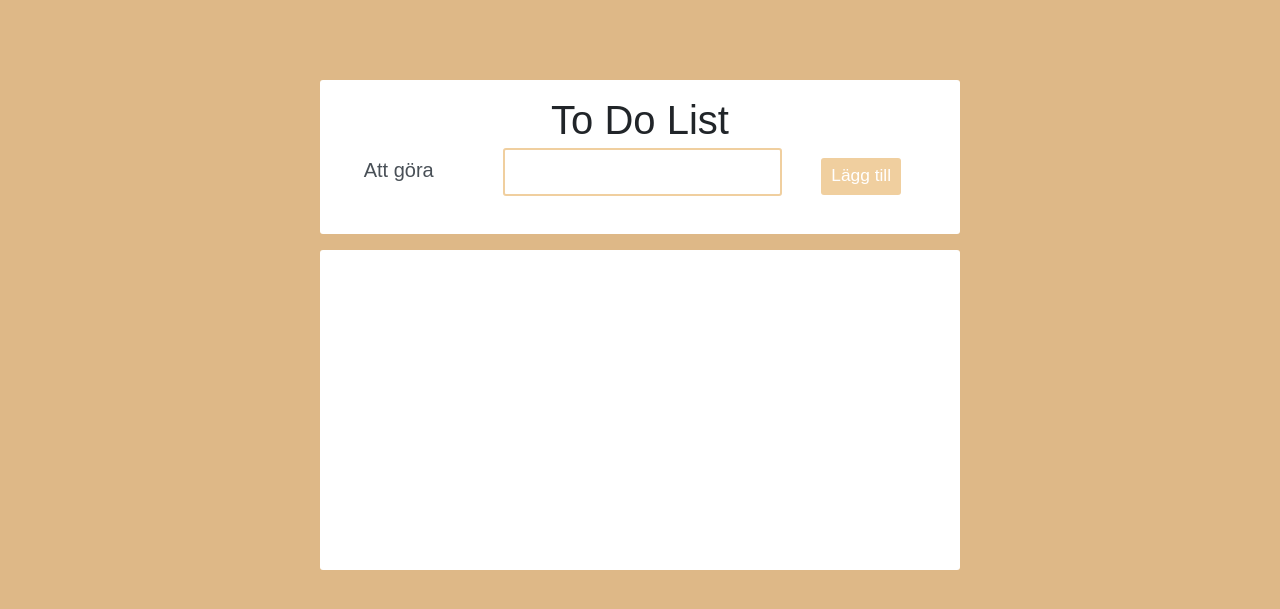
Repository: skepp4rn/todolist
Page: index.html
The author's editor kept a copy of each file at every save. The page is drawn from the files as they stood at one save, then again after the next save.
The browser window is 1280 px wide. The pictures show the whole page.
The page's requests for data from a server got no answer. Some web libraries are served in a nearby version.

Above is the page before, as saved 2021-01-29 09:25:18.

### index.html
<!DOCTYPE html>
<html lang="sv">
<head>
    <meta charset="UTF-8">
    <meta name="viewport" content="width=device-width, initial-scale=1.0">
    <script src="https://kit.fontawesome.com/ef4c0722a8.js" crossorigin="anonymous"></script>
    <link rel="stylesheet" href="https://cdn.jsdelivr.net/npm/bootstrap@4.5.3/dist/css/bootstrap.min.css" integrity="sha384-TX8t27EcRE3e/ihU7zmQxVncDAy5uIKz4rEkgIXeMed4M0jlfIDPvg6uqKI2xXr2" crossorigin="anonymous">
    <link rel="stylesheet" href="css/style.css">

    <title>To Do List</title>
</head>
<body>
    <div class="container">
        <div id="header">
            <h1>To Do List</h1>
        </div>

        <form class="form" id="form">
            <div class="form-control">
                <label>Att göra</label>
                <input type="text" id="addToDo">
                <i class="fas fa-exclamation-circle"></i>
                <small>Error message</small>
            </div>

            <button id="btn">Lägg till</button>
        </form>
    </div>

    <div class="container2">
        <div id="list"></div>
    </div>

    <script src="https://code.jquery.com/jquery-3.5.1.slim.min.js" integrity="sha384-DfXdz2htPH0lsSSs5nCTpuj/zy4C+OGpamoFVy38MVBnE+IbbVYUew+OrCXaRkfj" crossorigin="anonymous"></script>
    <script src="https://cdn.jsdelivr.net/npm/bootstrap@4.5.3/dist/js/bootstrap.bundle.min.js" integrity="sha384-ho+j7jyWK8fNQe+A12Hb8AhRq26LrZ/JpcUGGOn+Y7RsweNrtN/tE3MoK7ZeZDyx" crossorigin="anonymous"></script>
    <script src="https://cdnjs.cloudflare.com/ajax/libs/uuid/8.1.0/uuidv4.min.js"></script>
    <script src="script.js"></script>
</body>

### css/style.css
*{
    box-sizing: border-box;
    margin: 0;
    padding: 0;
}

body {
    background-color: burlywood;
    font-family: Arial, Helvetica, sans-serif;
    display: grid;
    justify-content: center;
}

.container {
    width: 50vw;
    display: grid;
    justify-content: center;
    background-color: #ffffff;
    border-radius: 3px;
    margin-top: 5rem;
    padding-bottom: 2   rem;
    height: 12vw;
}

.container2 {
    width: 100%;
    display: grid;
    justify-content: center;
    background-color: #ffffff;
    border-radius: 3px;
    margin-top: 1rem;
    padding-bottom: 5rem;
    height: 25vw;
    overflow-y: auto;
}

#header {
    margin-top: 1rem;
    text-align: center;
}

#btn {
    border: none;
    border-radius: 3px;
    padding: 0.2rem;
    background-color: #f0cf9f;
    color: #ffffff;
    font-size: 13pt;
    width: 5rem;
    height: 2.3rem;
    align-self: center;
    margin-bottom: 200px;

}

.todobox {
    padding-top: 2rem;
    padding-bottom: 1rem;
    width: 32vw;
    display: grid;
    grid-template-columns: 5fr 1fr;
}

.knappar {
    display: grid;
    gap: 1rem;
}

.todoinput {
    display: flex;
    align-items: center;
}

.fa-trash {
    padding: 0.5rem;
    border: none;
    border-radius: 3px;
    color: #ffffff;
    background-color: #f0cf9f;
    width: 5rem;
}

.fa-undo {
    padding: 0.5rem;
    border: none;
    border-radius: 3px;
    color: #ffffff;
    background-color: #f0cf9f;
    width: 5rem;
}

.done {
    border: none;
    border-radius: 3px;
    padding: 0.2rem;
    background-color: #f0cf9f;
    color: #ffffff;
    font-size: 14pt;
    width: 4rem;
    height: 2.2rem;
}

.form-control {
    border: none;
    position: relative;
    height: 2rem;
    width: 100%;
    display: grid;
    grid-template-columns: 1fr 2fr;
    align-content: center;
}

.form label {
    display: flex;
    align-items: center;
    font-size: 15pt;
}


.form {
    display: grid;
    grid-template-columns: 3.3fr 1fr;
    justify-items: center;
    height: 70px;
}

.form-control input {
    border: 2px solid #f0cf9f;
    border-radius:3px;
    display: block;
    width: 100%;
    margin-bottom: 0.2rem;
    padding: 1rem;
    font-size: 14pt;
    height: 3rem;
}



.form-control.error input {
    border-color: #e74c3c;
}

.form-control i {
    visibility: hidden;
    position: absolute;
    top: 2.4rem;
    right: 1.5rem;
}


.form-control.error i.fa-exclamation-circle {
    visibility: visible;
    color: #e74c3c;
    top: 2.8rem;
    right: 0.8rem;
}

.form-control small {
    visibility: hidden;
    position: absolute;
    bottom: 1rem;
    left: 9vw;
    top: 2.64rem;
}

.form-control.error small {
    visibility: visible;
    color: #e74c3c;
}

### script.js
let ToDo = [];
let addToDos = document.getElementById('addToDo');
let form = document.getElementById('form');

const fetchTodos = () => {
    fetch('https://jsonplaceholder.typicode.com/todos?_start20=&_limit=10')
    .then(res => res.json())
    .then(data => {
      ToDo = data;
      listelement(ToDo);
    })
}
fetchTodos();

const listelement = (ToDo) => {
    list.innerHTML = '';
    ToDo.forEach(todo => {
        list.innerHTML += newTodo(todo);
    })
    console.log(ToDo);
}
const newTodo = todo => {

    let template = todo.completed ? `
    <div id="${todo.id}" class="todoinput completed">
        <div class="todobox">
          <h3 class="title">${todo.title}</h3>
            <div class="knappar">
                <button class="fas fa-undo"></button>
                <button class="fas fa-trash"></button>
            </div>
        </div>
    </div>
    `
    : `
    <div id="${todo.id}" class="todoinput">
        <div class="todobox">
            <h3 class="title">${todo.title}</h3>
            <button class="done">Klar</button>
        </div>
    </div>
    `
    return template
  }
  const createTodo = (title) => {

    fetch('https://jsonplaceholder.typicode.com/todos',{
      method: 'POST',
      headers: {
        'Content-type': 'application/json; charset=UTF-8'
      },
      body: JSON.stringify({
        title,
        completed: false
      })
    })
    .then(res => res.json())
    .then(data => {
        let _todo = {
            title: data.title,
            completed: data.completed,
            id: uuidv4()
        }
      console.log(data)
      ToDo.unshift(_todo);
      listelement(ToDo);
    })
}
form.addEventListener('submit', (e) => { //Gör att sidan inte laddas om.
    e.preventDefault();

    checkInputs();

    if(check == true) {
        removeinput(addToDos);

        createTodo(addToDos.value)
        listelement(ToDo);

        addToDos.value = '';
    }
});
function checkInputs() {
    let addToDosValue = addToDos.value.trim();

    if(addToDosValue === ``) {
    setErrorFor(addToDos, `Ojdå, du måste skriva något först!`);

    } else {
        setSuccessFor(addToDos);
    }
}
function setErrorFor(input, message) {
    let formControl = input.parentElement;
    let small = formControl.querySelector('small');
    small.innerText = message;
    formControl.className = 'form-control error';
    check = false;
}
function setSuccessFor(input) {
    let formControl = input.parentElement;
    formControl.className = 'form-control success';
    check = true;
}
function removeinput(input) {
    let formControl = input.parentElement;
    formControl.className = 'form-control';
}
list.addEventListener('click', (e) => {
    if(e.target.classList.contains('done')) {
        complete(e.target.parentNode.parentNode.id)
    }
    else if(e.target.classList.contains('fa-undo')) {
        complete(e.target.parentNode.parentNode.parentNode.id)
    }
})
function complete(id) {
    ToDo.map(todo => {
        if(todo.id == id){
            todo.completed = !todo.completed
        }
        return todo
    })
    listelement(ToDo)
}
list.addEventListener('click', (e) => {

    if(e.target.classList.contains('fa-trash')) {
        ToDo = ToDo.filter(removetodo => removetodo.id != e.target.parentNode.parentNode.parentNode.id)
        listelement(ToDo)
    }
});

After the next save:
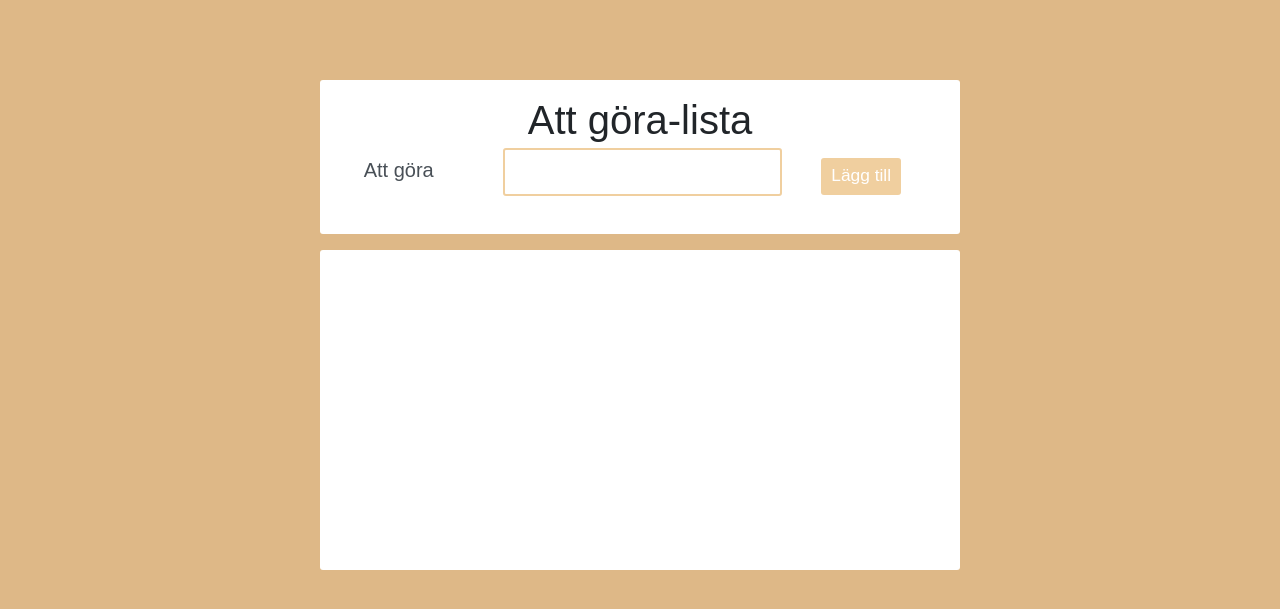
Saved 17 s later.
--- a/index.html
+++ b/index.html
@@ -12,7 +12,7 @@
 <body>
     <div class="container">
         <div id="header">
-            <h1>To Do List</h1>
+            <h1>Att göra-lista</h1>
         </div>
 
         <form class="form" id="form">
